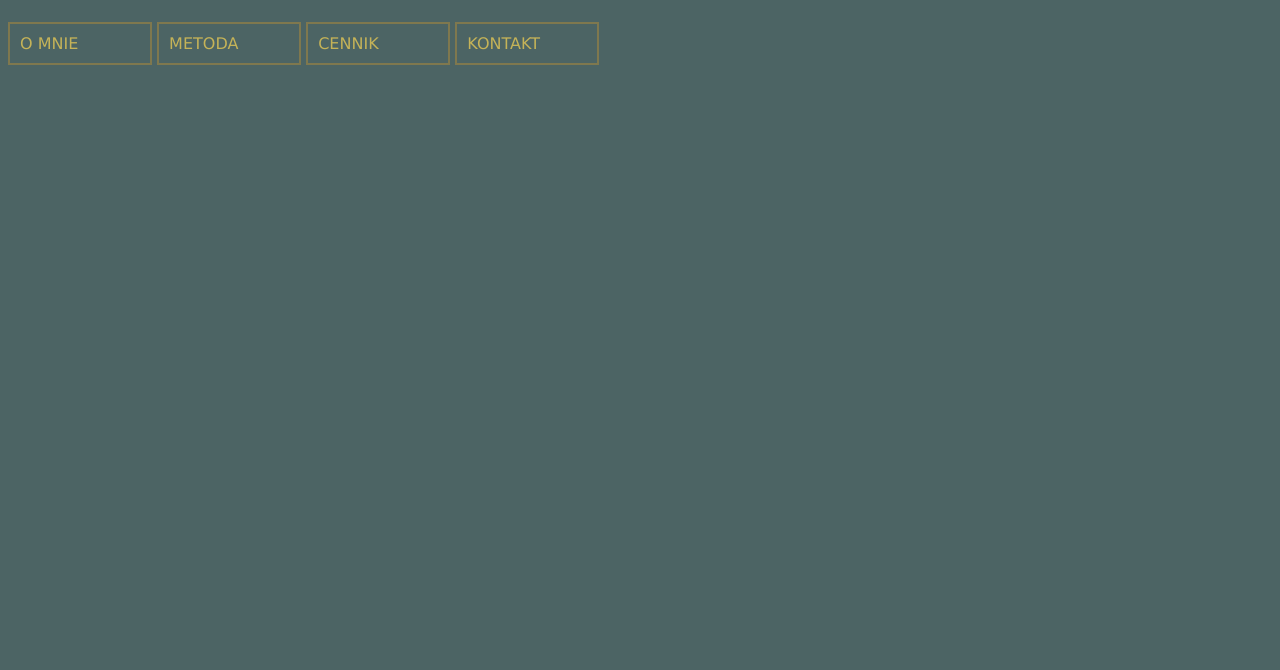
Repository: LechCieslak/zzz_webside
Page: index.html
An editor plug-in stored every save of this project. The page is shown before and after a run of saves, followed by the edit.
The browser window is 1280 px wide. The pictures show the whole page.

Above is the page before, as saved 2020-08-18 13:29:36.

After the next 4 saves:
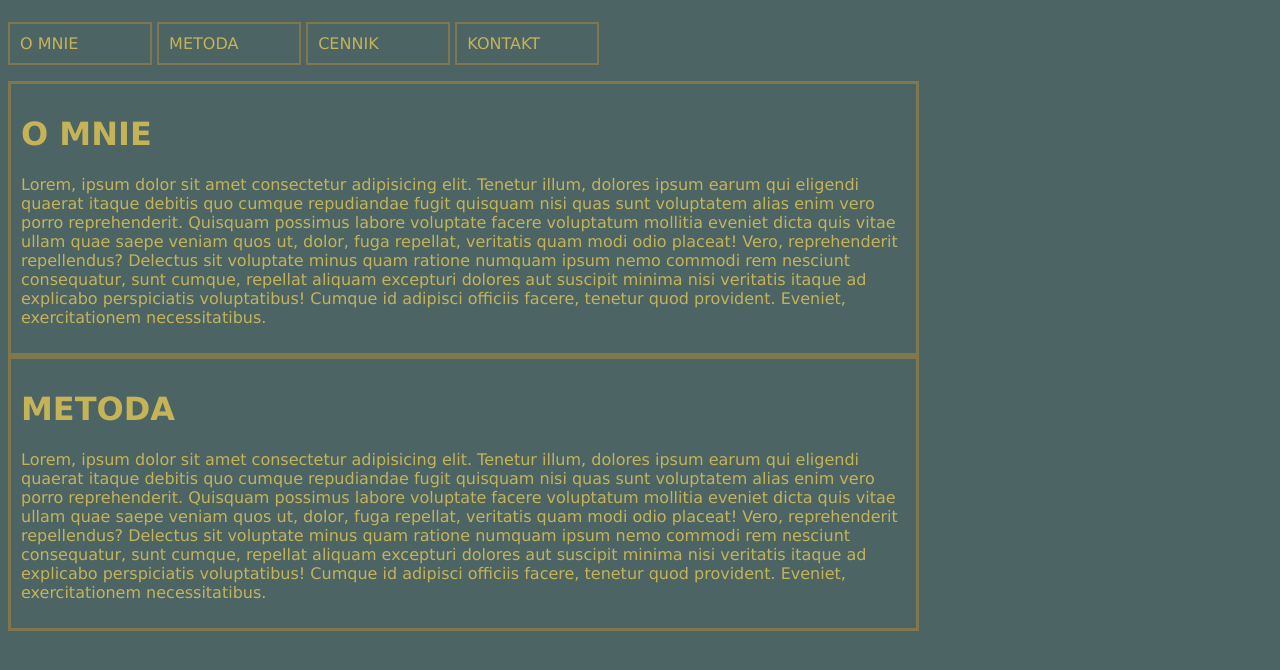
The 4 saves are shown as one change because they came seconds apart.
The last was saved 7 min 23 s later.
--- a/style.css
+++ b/style.css
@@ -25,14 +25,14 @@ body {
 .oMnie {
     border: solid 3px var(--ramka);
     width: 70%;
-    opacity: 0;
+    /* opacity: 0; */
     padding: 10px;
 }
 
 .metoda {
     border: solid 3px var(--ramka);
     width: 70%;
-    opacity: 0;
+    /* opacity: 0; */
     padding: 10px;
 }
 
